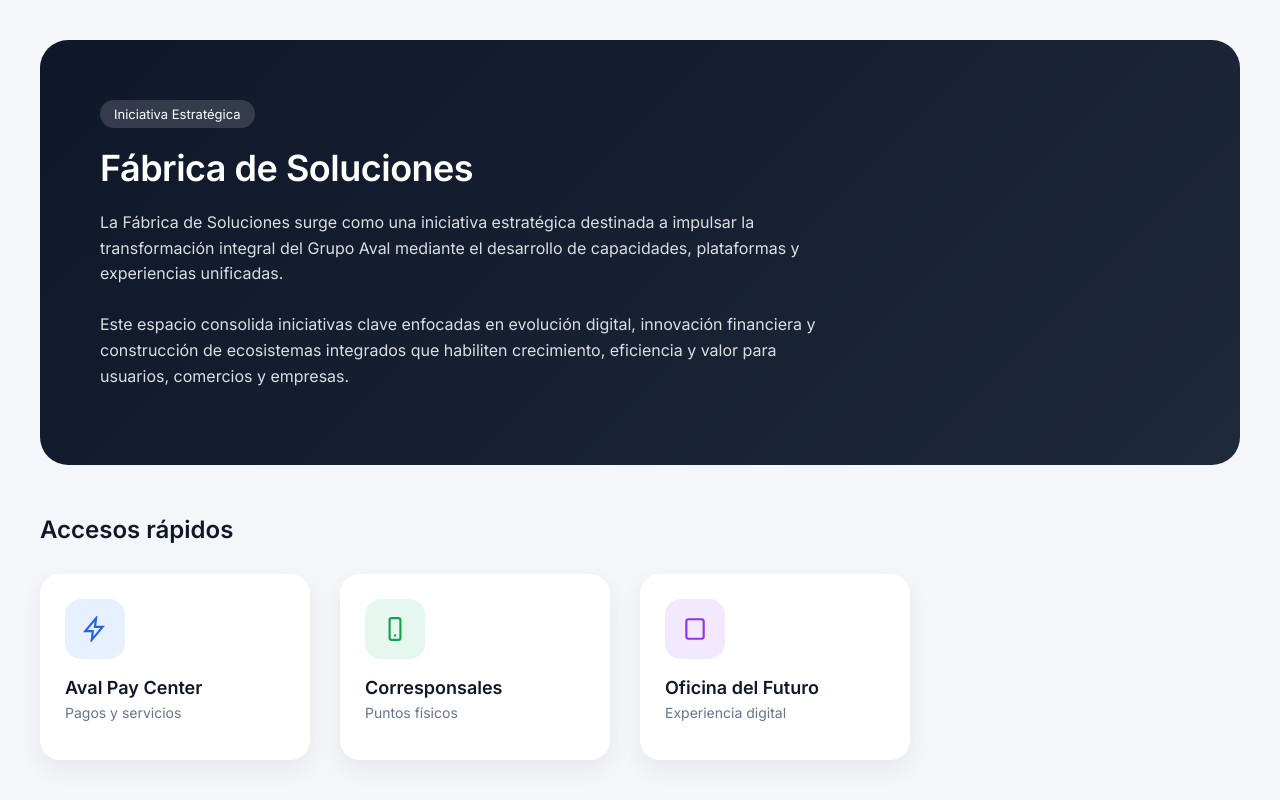
Repository: dalcava/Prototipos-Oficinas-del-futuro
Page: index.html
The author's editor kept a copy of each file at every save. The page is drawn from the files as they stood at one save, then again after the next save.
The browser window is 1280 px wide. The pictures show the whole page.

Above is the page before, as saved 2026-02-13 00:12:02.

### index.html
<!doctype html>
<html lang="es">
<head>
<meta charset="utf-8" />
<meta name="viewport" content="width=device-width, initial-scale=1" />
<title>Home</title>
<div class="hero">
  <div class="hero-badge">Iniciativa Estratégica</div>
  <h1>Fábrica de Soluciones</h1>
  <p>
    La Fábrica de Soluciones surge como una iniciativa estratégica destinada a impulsar
    la transformación integral del Grupo Aval mediante el desarrollo de capacidades,
    plataformas y experiencias unificadas.
    <br><br>
    Este espacio consolida iniciativas clave enfocadas en evolución digital, innovación
    financiera y construcción de ecosistemas integrados que habiliten crecimiento,
    eficiencia y valor para usuarios, comercios y empresas.
  </p>
</div>


<link href="https://fonts.googleapis.com/css2?family=Inter:wght@400;600&display=swap" rel="stylesheet">

<style>
  body {
    margin: 0;
    font-family: 'Inter', sans-serif;
    background: #f4f6f9;
    padding: 40px;
  }

  h2 {
    margin-bottom: 30px;
    color: #0f172a;
  }

  .hero {
    background: linear-gradient(135deg, #0f172a, #1e293b);
    color: white;
    padding: 60px;
    border-radius: 28px;
    margin-bottom: 50px;
    position: relative;
    overflow: hidden;
  }

  .hero h1 {
    margin: 0 0 20px 0;
    font-size: 36px;
    font-weight: 600;
    letter-spacing: -0.5px;
  }

  .hero p {
    max-width: 720px;
    font-size: 16px;
    line-height: 1.6;
    opacity: 0.85;
  }

  .hero-badge {
    display: inline-block;
    background: rgba(255,255,255,0.15);
    padding: 6px 14px;
    border-radius: 20px;
    font-size: 13px;
    margin-bottom: 18px;
  }


  .cards {
    display: flex;
    gap: 30px;
    flex-wrap: wrap;
  }

  .card {
    background: white;
    border-radius: 20px;
    padding: 25px;
    width: 220px;
    cursor: pointer;
    transition: all 0.25s ease;
    box-shadow: 0 10px 25px rgba(0, 0, 0, 0.06);
  }

  .card:hover {
    transform: translateY(-6px);
    box-shadow: 0 18px 35px rgba(0, 0, 0, 0.1);
  }

  .icon-box {
    width: 60px;
    height: 60px;
    border-radius: 16px;
    display: flex;
    align-items: center;
    justify-content: center;
    margin-bottom: 18px;
  }

  .icon-blue { background: #e7f0ff; }
  .icon-green { background: #e6f7ef; }
  .icon-purple { background: #f2e9ff; }

  .card h3 {
    margin: 0;
    font-size: 18px;
    font-weight: 600;
    color: #0f172a;
  }

  .card p {
    margin-top: 6px;
    font-size: 14px;
    color: #64748b;
  }

  svg {
    width: 26px;
    height: 26px;
  }

</style>
</head>

<body>

<h2>Accesos rápidos</h2>

<div class="cards">

  <!-- Aval Pay Center -->
  <div class="card" onclick="ir('aval-pay-center.html')">
    <div class="icon-box icon-blue">
      <!-- Icono rayo -->
      <svg fill="none" stroke="#2563eb" stroke-width="2" viewBox="0 0 24 24">
        <path d="M13 2L3 14h7l-1 8 10-12h-7l1-8z"/>
      </svg>
    </div>
    <h3>Aval Pay Center</h3>
    <p>Pagos y servicios</p>
  </div>

  <!-- Corresponsales -->
  <div class="card" onclick="ir('corresponsales.html')">
    <div class="icon-box icon-green">
      <!-- Icono móvil -->
      <svg fill="none" stroke="#16a34a" stroke-width="2" viewBox="0 0 24 24">
        <rect x="7" y="2" width="10" height="20" rx="2"/>
        <line x1="11" y1="18" x2="13" y2="18"/>
      </svg>
    </div>
    <h3>Corresponsales</h3>
    <p>Puntos físicos</p>
  </div>

  <!-- Oficina del Futuro -->
  <div class="card" onclick="ir('oficina-del-futuro.html')">
    <div class="icon-box icon-purple">
      <!-- Icono edificio -->
      <svg fill="none" stroke="#9333ea" stroke-width="2" viewBox="0 0 24 24">
        <rect x="4" y="3" width="16" height="18" rx="2"/>
        <line x1="8" y1="7" x2="8" y2="7"/>
        <line x1="12" y1="7" x2="12" y2="7"/>
        <line x1="16" y1="7" x2="16" y2="7"/>
      </svg>
    </div>
    <h3>Oficina del Futuro</h3>
    <p>Experiencia digital</p>
  </div>

</div>

<script>
  function ir(pagina) {
    window.location.href = pagina;
  }
</script>

</body>
</html>

After the next save:
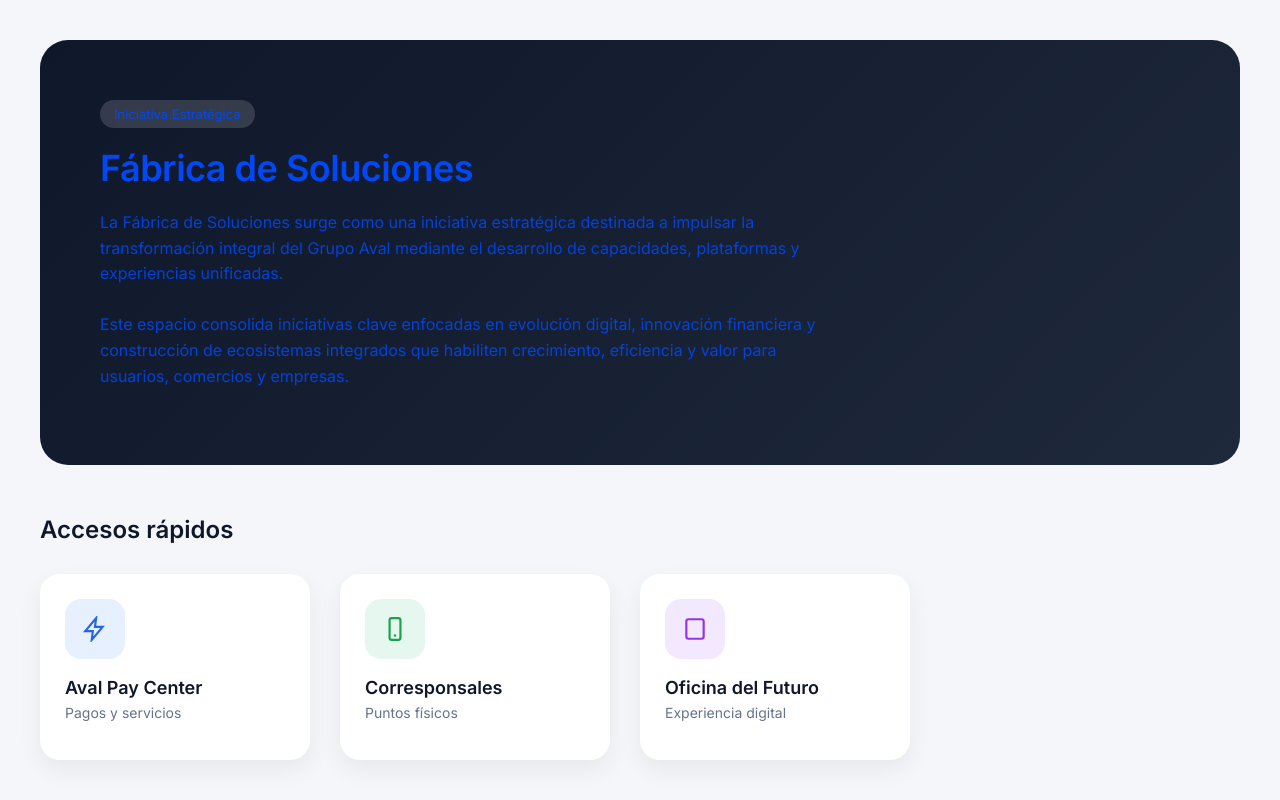
Saved 57 s later.
--- a/index.html
+++ b/index.html
@@ -36,7 +36,7 @@
 
   .hero {
     background: linear-gradient(135deg, #0f172a, #1e293b);
-    color: white;
+    color: #0048F6;
     padding: 60px;
     border-radius: 28px;
     margin-bottom: 50px;

After the save that followed:
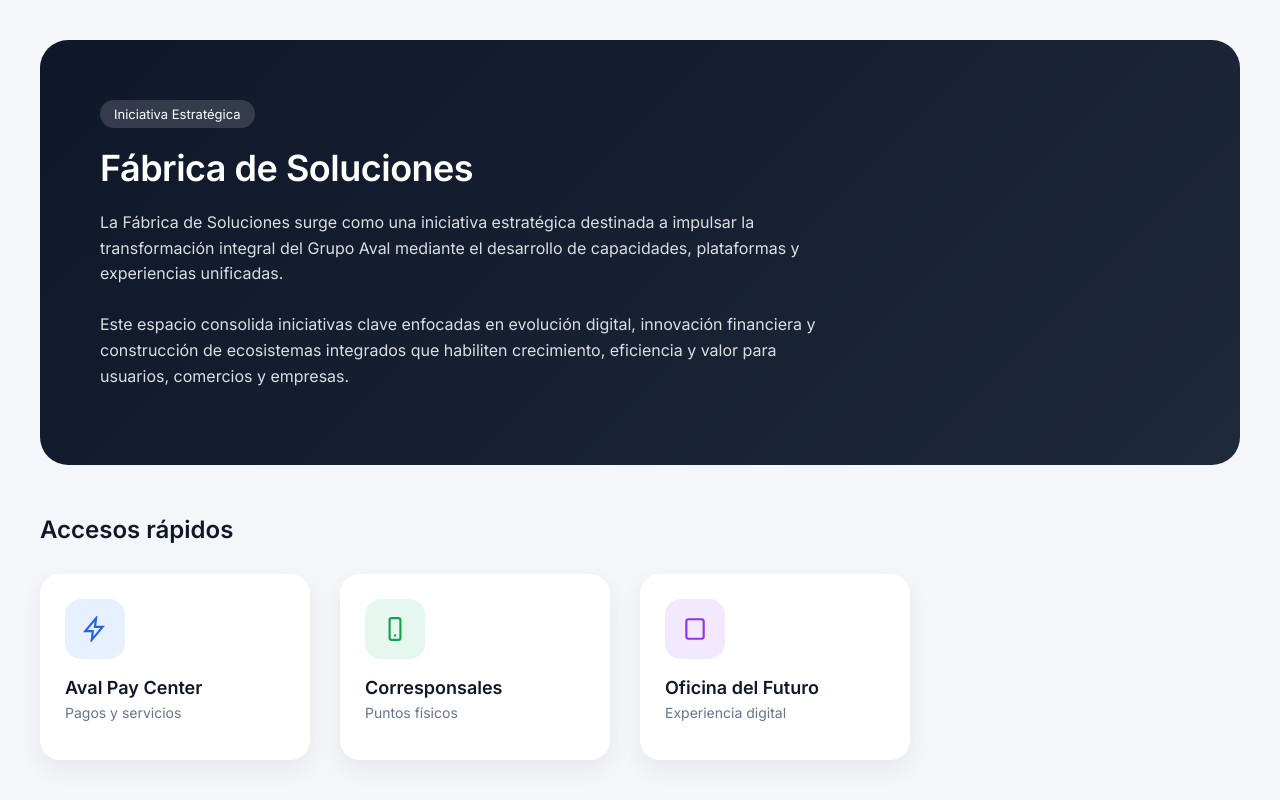
Saved 6 s later.
--- a/index.html
+++ b/index.html
@@ -36,7 +36,7 @@
 
   .hero {
     background: linear-gradient(135deg, #0f172a, #1e293b);
-    color: #0048F6;
+    color: white;
     padding: 60px;
     border-radius: 28px;
     margin-bottom: 50px;
